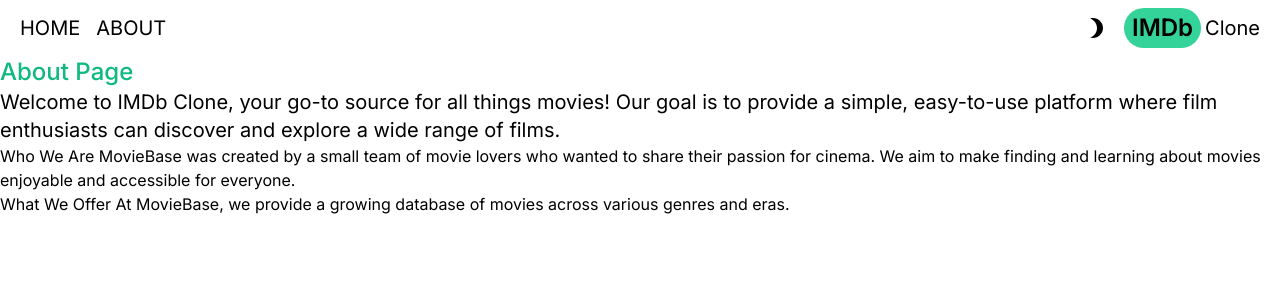
Repository: Tan28-art/Next-JS-Movie-Site
Page: /about (app in starter/)
The author's editor kept a copy of each file at every save. The page is drawn from the files as they stood at one save, then again after a run of saves.
The browser window is 1280 px wide. The pictures show the whole page.
The project was rebuilt for these pictures with package versions that can differ from the ones it lists, and the page was loaded fresh each time. The framework's server and built-in components were replaced by stand-ins that run in the browser. Also part of the build but not shown: starter/next.config.mjs.

Above is the page before, as saved 2024-07-23 17:46:50.

After the next 2 saves:
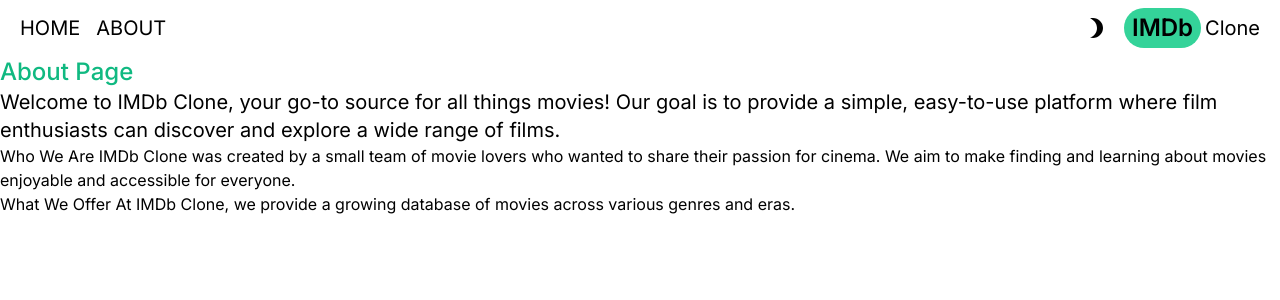
The 2 saves are shown as one change because they came seconds apart.
The last was saved 7 s later.
--- a/starter/app/about/page.tsx
+++ b/starter/app/about/page.tsx
@@ -10,12 +10,12 @@
         discover and explore a wide range of films.
       </p>
       <p>
-        Who We Are MovieBase was created by a small team of movie lovers who
+        Who We Are IMDb Clone was created by a small team of movie lovers who
         wanted to share their passion for cinema. We aim to make finding and
         learning about movies enjoyable and accessible for everyone.
       </p>
       <p>
-        What We Offer At MovieBase, we provide a growing database of movies
+        What We Offer At IMDb Clone, we provide a growing database of movies
         across various genres and eras.
       </p>
     </div>
